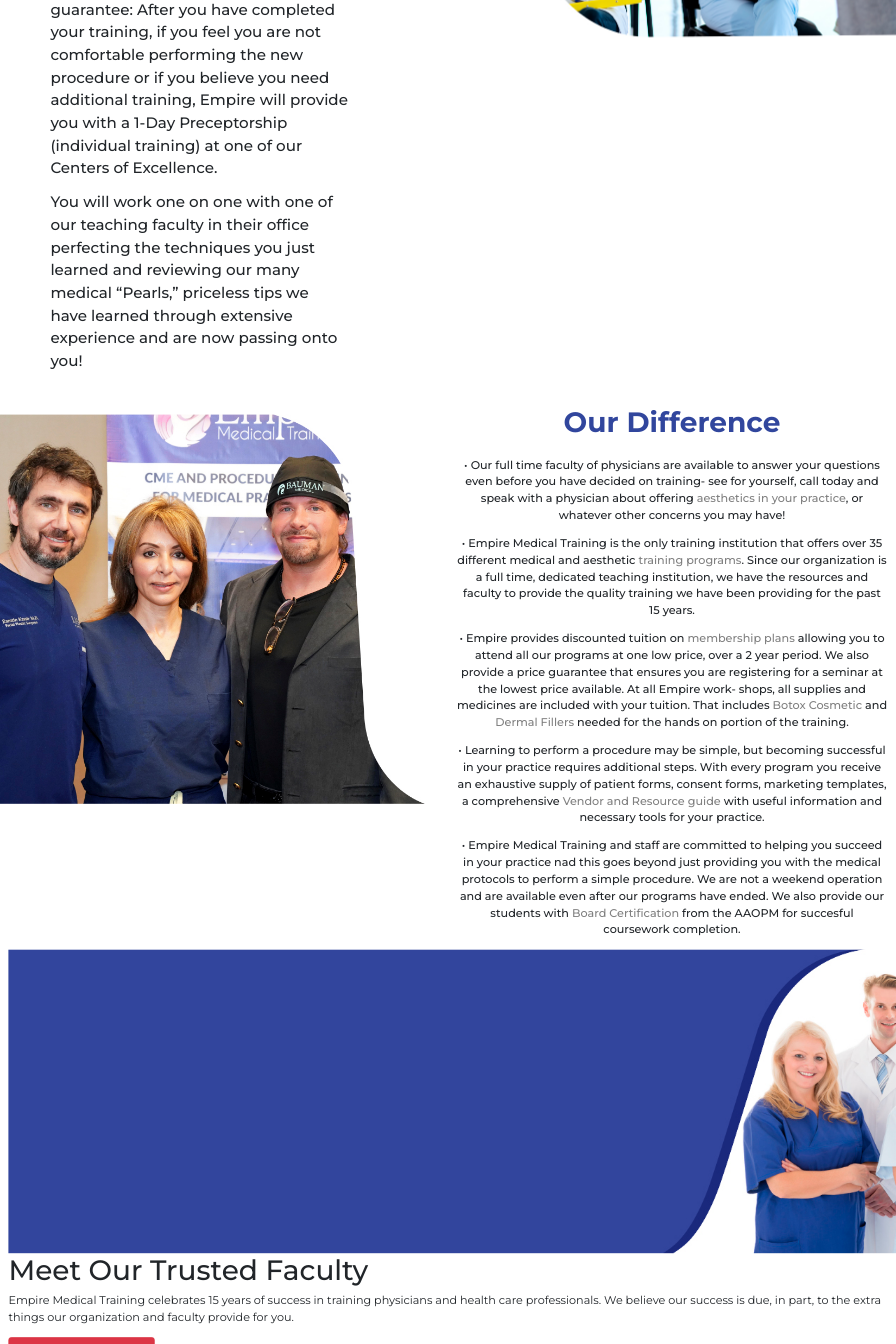
Repository: jorgi710/BODY-CONTOURING-INJECTABLES-AND-ADJUNCT-PROCEDURES
Page: our quarantee/file/src/index.html
The author's editor kept a copy of each file at every save. The page is drawn from the files as they stood at one save, then again after the next save.
The browser window is 1280 px wide. The pictures show the part of the page from y = 956 to 2876 px (the page is 6878 px tall), at 70% of full size.

Above is the page before, as saved 2021-04-06 09:08:43.

After the next save:
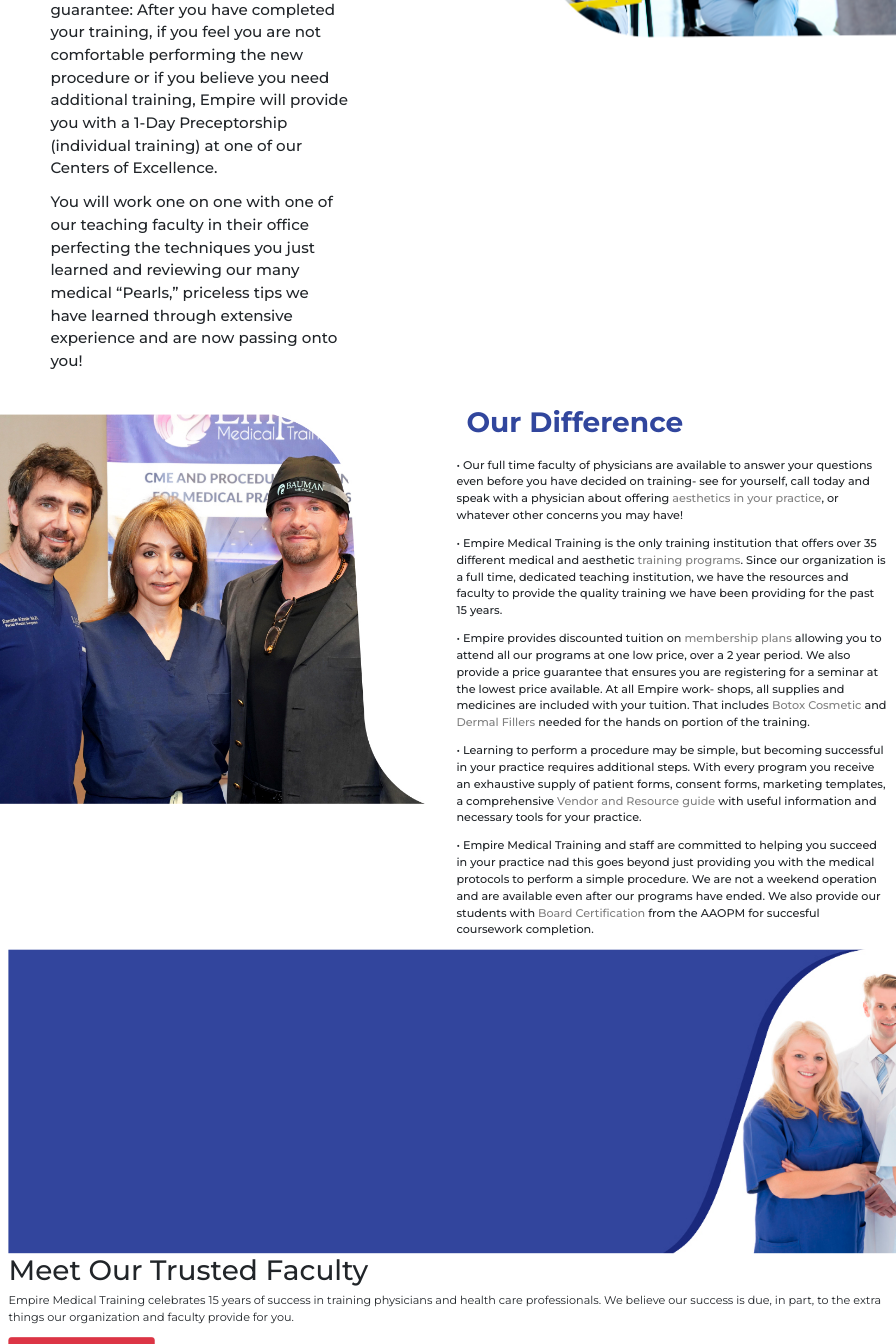
Saved 1 s later.
--- a/our quarantee/file/src/index.html
+++ b/our quarantee/file/src/index.html
@@ -79,7 +79,7 @@
                 class="d-md-none"
               />
             </div>
-            <div class="col-md-6">
+            <div class="col-md-6 text-start">
               <h1 class="bold azul">Our Difference</h1>
               <p class="medium">
                 • Our full time faculty of physicians are available to answer
